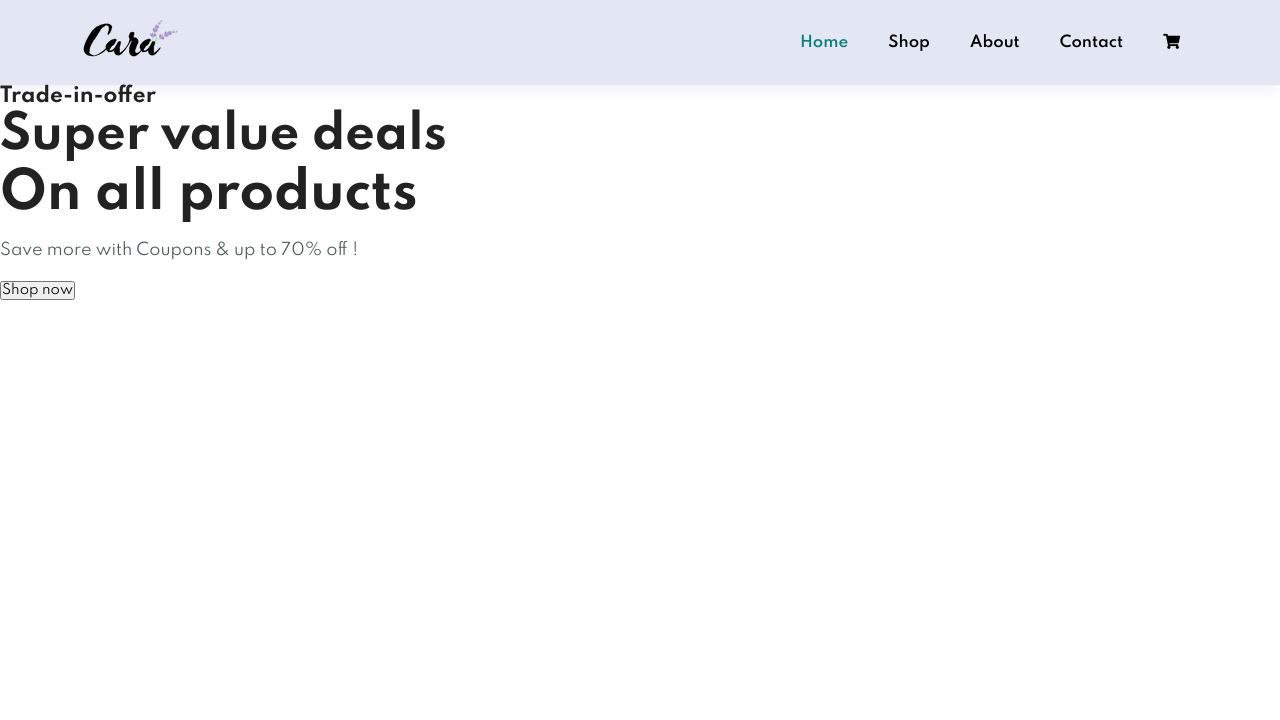
Repository: Daryllgio/E-Commerce-Website-UI
Page: index.html
These files come from the project's save history. The page is drawn as it stood at one moment and after the next save; the edit follows.
The browser window is 1280 px wide. The pictures show the whole page.
Some web libraries are served in a nearby version.

Above is the page before, as saved 2024-12-31 11:46:04.

### index.html
<!DOCTYPE html>
<html lang="en">

<head>
    <meta charset="UTF-8">
    <meta http-equiv="X-UA-Compatible" content="IE=edge">
    <meta name="viewport" content="width=device-width, initial-scale=1.0">
    <title>Tech2etc Ecommerce Tutorial</title>
    <link rel="stylesheet" href="https://pro.fontawesome.com/releases/v5.10.0/css/all.css" />

    <link rel="stylesheet" href="style.css">
</head>

<body>
    <section id="header">
        <a href="#"><img src="img/logo.png" id="logo" class="logo" alt=""></a>

        <div>
            <ul id="navbar">
                <li>
                    <a class="active" href="index.html">Home</a>
                </li>
                <li>
                    <a href="shop.html">Shop</a>
                </li>
                <li>
                    <a href="about.html">About</a>
                </li>
                <li>
                    <a href="contact.html">Contact</a>
                </li>
                <li>
                    <a href="cart.html"><i class="fa fa-shopping-cart" aria-hidden="true"></i></a>
                </li>

            </ul>
        </div>
    </section>

    <section id="HomeHeaderContent">
        <h4>
            Trade-in-offer
        </h4>
        <h2>
            Super value deals
        </h2>
        <h1>
            On all products
        </h1>
        <p>
            Save more with Coupons & up to 70% off !
        </p>
        <button>
            Shop now
        </button>

    </section>


    <script src="script.js"></script>
</body>

</html>

### style.css
@import url("https://fonts.googleapis.com/css2?family=Spartan:wght@100;200;300;400;500;600;700;800;900&display=swap");

* {
  margin: 0;
  padding: 0;
  box-sizing: border-box;
  font-family: "Spartan", sans-serif;
}

html {
  scroll-behavior: smooth;
}

/* Global Styles */

h1 {
  font-size: 50px;
  line-height: 64px;
  color: #222;
}

h2 {
  font-size: 46px;
  line-height: 54px;
  color: #222;
}

h4 {
  font-size: 20px;
  color: #222;
}

h6 {
  font-weight: 700;
  font-size: 12px;
}

p {
  font-size: 16px;
  color: #465b52;
  margin: 15px 0 20px 0;
}

.section-p1 {
  padding: 40px 80px;
}

.section-m1 {
  margin: 40px 0;
}

body {
  width: 100%;
}

#header {
  display: flex;
  align-items: center;
  justify-content: space-between;
  padding: 20px 80px;
  background: #E3E6F3;
  box-shadow: 0 5px 15px rgba(0, 0, 0, 0.06);
}



#navbar {
  display: flex;
  align-items: center;
  justify-content: center;
}

#navbar li {
  list-style: none;
  padding: 0px 20px;
}

#navbar li a {
  text-decoration: none;
  font-size: 15px;
  font-weight: 600;
  color: #000;
  transition: 0.3s ease;
}

#navbar li a:hover,
#navbar li a.active {
  color: #088178;
}

Loaded but not shown: script.js (common file)

After the next save:
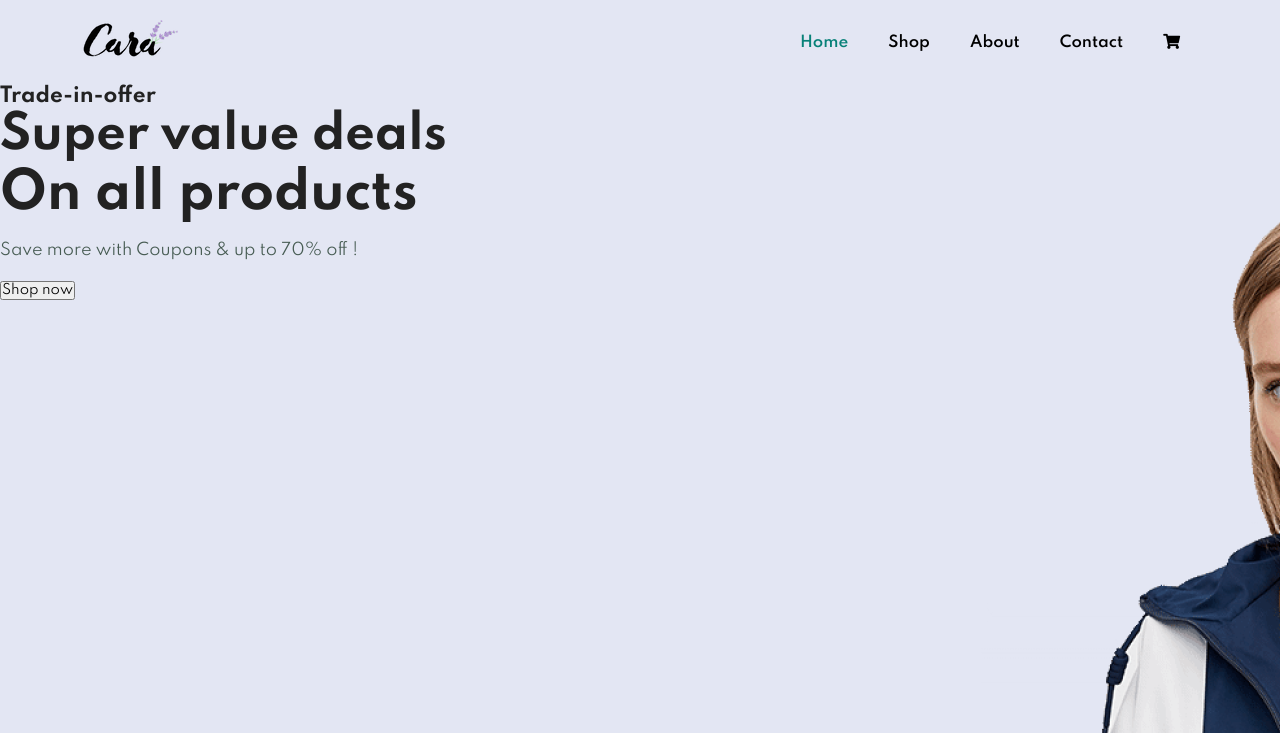
Saved 103 s later.
--- a/style.css
+++ b/style.css
@@ -87,3 +87,9 @@ body {
 #navbar li a.active {
   color: #088178;
 }
+
+#HomeHeaderContent {
+  background-image: url("img/hero4.png");
+  height: 90vh;
+  width: 100%;
+}
